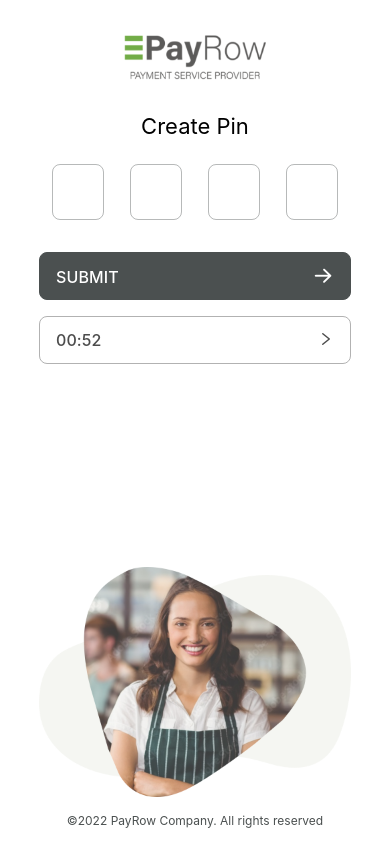
Repository: rishabh-critical-river/payrowios
Screen: /CreatePin
The author's editor kept a copy of each file at every save. The screen is drawn from the files as they stood at one save, then again after the next save.
The app was drawn by React Native's web renderer in a window 390 px wide. The project was rebuilt for these pictures with package versions that can differ from the ones it lists, and the page was loaded fresh each time. Also part of the build but not shown: screens/onboarding/CreateAccount.js, screens/home/HomeScreen.tsx, screens/home/HomeComponents/TapToPay.tsx, screens/home/HomeComponents/PaymentSummary.js, screens/home/HomeComponents/AddItem.js, screens/home/HomeComponents/TapCard.tsx, screens/home/HomeComponents/EnterPin.tsx, screens/home/HomeComponents/Confirmation.tsx and 37 more.

Above is the screen before, as saved 2023-07-28 22:33:08.

### App.tsx
import { NavigationContainer } from "@react-navigation/native";
import { createNativeStackNavigator } from "@react-navigation/native-stack";
import {
  StyleSheet,
  Text,
  View,
  SafeAreaView,
  Image,
  StatusBar,
} from "react-native";
import LanguageSelection from "./screens/onboarding/LanguageSelection";
import CreateAccount from "./screens/onboarding/CreateAccount";
import HomeScreen from "./screens/home/HomeScreen";
import TapToPay from "./screens/home/HomeComponents/TapToPay";
import AddItem from "./screens/home/HomeComponents/AddItem";
import TapCard from "./screens/home/HomeComponents/TapCard";
import EnterPin from "./screens/home/HomeComponents/EnterPin";
import Confirmation from "./screens/home/HomeComponents/Confirmation";
import NewPayment from "./screens/home/HomeComponents/NewPayment";
import Contact from "./screens/home/HomeComponents/contact";
import Refund from "./screens/home/HomeComponents/refund";
import OtpRefund from "./screens/home/HomeComponents/otpRefund";
import ProductSelection from "./screens/home/HomeComponents/productSelection";
import PaymentSummary from "./screens/home/HomeComponents/PaymentSummary";
import PaymentMode from "./screens/home/HomeComponents/paymentMode";
import PaymentHistory from "./screens/home/HomeComponents/PaymentHistory";
import HistoryMethods from "./screens/home/HomeComponents/historyMethods";
import DailyReport from "./screens/home/HomeComponents/DailyReport";
import MonthlyReport from "./screens/home/HomeComponents/MonthlyReport";
import AboutPayrow from "./screens/home/HomeComponents/AboutPayrow";
import CashReceivedMachine from "./screens/home/HomeComponents/CashReceivedMachine";
import InvoiceRecall from "./screens/home/HomeComponents/InvoiceRecall";
import PosAndRetail from "./screens/home/HomeComponents/PosAndRetail";
import SoftPos from "./screens/home/HomeComponents/SoftPos";
import PayByLink from "./screens/home/HomeComponents/PayByLink";
import PayByQrCode from "./screens/home/HomeComponents/PayByQrCode";

import PaymentGateWay from "./screens/home/HomeComponents/PaymentGateWay";
import Wps from "./screens/home/HomeComponents/Wps";
import Vat from "./screens/home/HomeComponents/Vat";
import Kvyc from "./screens/home/HomeComponents/Kvyc";
import BuyNowPayLater from "./screens/home/HomeComponents/BuyNowPayLater";
import Wallet from "./screens/home/HomeComponents/Wallet";
import PayRowPrepaids from "./screens/home/HomeComponents/PayRowPrepaid";
import Support from "./screens/home/HomeComponents/Support";
import NewComplain from "./screens/home/HomeComponents/NewComplain";
import RegisterComplain from "./screens/home/HomeComponents/RegisteredComplain";
import ContactUs from "./screens/home/HomeComponents/ContactUse";
import InvoiceRecalltwo from "./screens/home/HomeComponents/InvoiceRecalltwo";
import InvoiceRecallthree from "./screens/home/HomeComponents/InvoiceRecallthree";
import PaymentDetails from "./screens/home/HomeComponents/PaymentDetails";
import ConfirmationInvoice from "./screens/home/HomeComponents/ConfirmationInvoice";
import CashPay from "./screens/home/HomeComponents/CashPay";
import QRCode from "./screens/home/HomeComponents/QrCode";
import Login from "./screens/onboarding/login";
import CreatePin from "./screens/onboarding/Createpin";
import ReEnterPin from "./screens/onboarding/Reenterpin";
import EnterPins from "./screens/onboarding/Enterpin";
// import SoftPose from "./screens/home/HomeComponents/SoftPose";
const Stack = createNativeStackNavigator();

export default function App() {
  return (
    <SafeAreaView style={{ flex: 1, backgroundColor: "white" }}>
      <StatusBar barStyle="dark-content" />
      <NavigationContainer>
        <Stack.Navigator>
          <Stack.Screen
            name="selectLanaguage"
            component={LanguageSelection}
            options={{ headerShown: false }}
          />
          <Stack.Screen
            name="Login"
            component={Login}
            options={{ headerShown: false }}
          />
          <Stack.Screen
            name="CreatePin"
            component={CreatePin}
            options={{ headerShown: false }}
          />
          <Stack.Screen
            name="ReEnterPin"
            component={ReEnterPin}
            options={{ headerShown: false }}
          />
          <Stack.Screen
            name="EnterPin"
            component={EnterPin}
            options={{ headerShown: false }}
          />
          <Stack.Screen
            name="Create Account"
            component={CreateAccount}
            options={{ headerShown: false }}
          />
          <Stack.Screen
            name="HomeScreen"
            component={HomeScreen}
            options={{ headerShown: false }}
          />
          <Stack.Screen
            name="TapToPay"
            component={TapToPay}
            options={{ headerShown: false }}
          />
          <Stack.Screen
            name="AddItem"
            component={AddItem}
            options={{ headerShown: false }}
          />
          <Stack.Screen
            name="TapCard"
            component={TapCard}
            options={{ headerShown: false }}
          />
          <Stack.Screen
            name="EnterPins"
            component={EnterPins}
            options={{ headerShown: false }}
          />
          <Stack.Screen
            name="Confirmation"
            component={Confirmation}
            options={{ headerShown: false }}
          />
          <Stack.Screen
            name="NewPayment"
            component={NewPayment}
            options={{ headerShown: false }}
          />
          <Stack.Screen
            name="contact"
            component={Contact}
            options={{ headerShown: false }}
          />
          <Stack.Screen
            name="refund"
            component={Refund}
            options={{ headerShown: false }}
          />
          <Stack.Screen
            name="otpRefund"
            component={OtpRefund}
            options={{ headerShown: false }}
          />
          <Stack.Screen
            name="productSelection"
            component={ProductSelection}
            options={{ headerShown: false }}
          />
          <Stack.Screen
            name="paymentSummary"
            component={PaymentSummary}
            options={{ headerShown: false }}
          />
          <Stack.Screen
            name="paymentMode"
            component={PaymentMode}
            options={{ headerShown: false }}
          />
          <Stack.Screen
            name="paymentHistory"
            component={PaymentHistory}
            options={{ headerShown: false }}
          />
          <Stack.Screen
            name="historyMethods"
            component={HistoryMethods}
            options={{ headerShown: false }}
          />
          <Stack.Screen
            name="dailyReport"
            component={DailyReport}
            options={{ headerShown: false }}
          />
          <Stack.Screen
            name="monthlyReport"
            component={MonthlyReport}
            options={{ headerShown: false }}
          />
          <Stack.Screen
            name="aboutPayrow"
            component={AboutPayrow}
            options={{ headerShown: false }}
          />
          <Stack.Screen
            name="cashReceivedMachine"
            component={CashReceivedMachine}
            options={{ headerShown: false }}
          />
          <Stack.Screen
            name="invoiceRecall"
            component={InvoiceRecall}
            options={{ headerShown: false }}
          />
          <Stack.Screen
            name="posandretail"
            component={PosAndRetail}
            options={{ headerShown: false }}
          />
          <Stack.Screen
            name="softpos"
            component={SoftPos}
            options={{ headerShown: false }}
          />
          <Stack.Screen
            name="paybylink"
            component={PayByLink}
            options={{ headerShown: false }}
          />
          <Stack.Screen
            name="paybyqrcode"
            component={PayByLink}
            options={{ headerShown: false }}
          />
          <Stack.Screen
            name="paymentgateway"
            component={PaymentGateWay}
            options={{ headerShown: false }}
          />
          <Stack.Screen
            name="wps"
            component={Wps}
            options={{ headerShown: false }}
          />
          <Stack.Screen
            name="vat"
            component={Vat}
            options={{ headerShown: false }}
          />

          <Stack.Screen
            name="kvyc"
            component={Kvyc}
            options={{ headerShown: false }}
          />
          <Stack.Screen
            name="buynowpaylater"
            component={BuyNowPayLater}
            options={{ headerShown: false }}
          />
          <Stack.Screen
            name="registercomplain"
            component={RegisterComplain}
            options={{ headerShown: false }}
          />
          <Stack.Screen
            name="wallet"
            component={Wallet}
            options={{ headerShown: false }}
          />
          <Stack.Screen
            name="payrowprepaid"
            component={PayRowPrepaids}
            options={{ headerShown: false }}
          />
          <Stack.Screen
            name="paymentdetails"
            component={PaymentDetails}
            options={{ headerShown: false }}
          />
          <Stack.Screen
            name="support"
            component={Support}
            options={{ headerShown: false }}
          />
          {/* <Stack.Screen
            name="softpose"
            payrowprepaid
            component={SoftPose}
            options={{ headerShown: false }}

          /> */}
          <Stack.Screen
            name="newcomplain"
            component={NewComplain}
            options={{ headerShown: false }}
          />
          <Stack.Screen
            name="contactus"
            component={ContactUs}
            options={{ headerShown: false }}
          />
          <Stack.Screen
            name="Recallss"
            component={InvoiceRecalltwo}
            options={{ headerShown: false }}
          />
          <Stack.Screen
            name="InvoiceRecallthree"
            component={InvoiceRecallthree}
            options={{ headerShown: false }}
          />
          <Stack.Screen
            name="ConfirmationInvoice"
            component={ConfirmationInvoice}
            options={{ headerShown: false }}
          />
          <Stack.Screen
            name="cashPay"
            component={CashPay}
            options={{ headerShown: false }}
          />

          <Stack.Screen
            name="QrCode"
            component={PayByQrCode}
            options={{ headerShown: false }}
          />
          <Stack.Screen
            name="QrCodePay"
            component={QRCode}
            options={{ headerShown: false }}
          />
        </Stack.Navigator>
      </NavigationContainer>
    </SafeAreaView>
  );
}

### screens/onboarding/Createpin.js
import { AntDesign } from "@expo/vector-icons";
import React, { useRef } from "react";
import {
  StyleSheet,
  Text,
  View,
  SafeAreaView,
  Image,
  Button,
  TextInput,
  TouchableOpacity,
  Keyboard,
} from "react-native";

function CreatePin({ navigation }) {
  const et1 = useRef();
  const et2 = useRef();
  const et3 = useRef();
  const et4 = useRef();
  return (
    <>
      <View style={styles.container}>
        <Image
          source={require("../../src/Images/payrowLogo.png")}
          style={styles.logo}
        />
        <Text
          style={{
            marginTop: 30.47,
            fontSize: 22,
            fontWeight: "400",
            lineHeight: 28,
            alignSelf: "center",
          }}
        >
          Create Pin
        </Text>
        {/* <View
          style={{
            width: "100%",
            height: 20,
            marginTop: 6,

            alignSelf: "center",
          }}
        >
          <Text style={{ alignSelf: "center", color: "#666666" }}>
            SMS code sent to verify phone number
          </Text>
        </View> */}
        <View
          style={{
            flexDirection: "row",
            justifyContent: "space-between",
            marginLeft: 52,
            marginRight: 52,
            marginTop: 24,
          }}
        >
          <TextInput
            secureTextEntry={true}
            ref={et1}
            style={styles.box}
            keyboardType="number-pad"
            maxLength={1}
            onChangeText={(text) => {
              if (text.length >= 1) {
                et2.current.focus();
              }
            }}
          />
          <TextInput
            secureTextEntry={true}
            ref={et2}
            style={styles.box}
            keyboardType="number-pad"
            maxLength={1}
            onChangeText={(text) => {
              if (text.length >= 1) {
                et3.current.focus();
              } else if (text.length < 1) {
                et1.current.focus();
              }
            }}
          />
          <TextInput
            secureTextEntry={true}
            ref={et3}
            style={styles.box}
            keyboardType="number-pad"
            maxLength={1}
            onChangeText={(text) => {
              if (text.length >= 1) {
                et4.current.focus();
              } else if (text.length < 1) {
                et2.current.focus();
              }
            }}
          />
          <TextInput
            secureTextEntry={true}
            ref={et4}
            style={styles.box}
            keyboardType="number-pad"
            maxLength={1}
            onChangeText={(text) => {
              if (text.length < 1) {
                et3.current.focus();
              } else {
                Keyboard.dismiss();
              }
            }}
          />
        </View>
        <TouchableOpacity
          style={styles.goToSummaryButton}
          onPress={() => {
            navigation.navigate("ReEnterPin");
          }}
        >
          <View
            style={styles.buttonContent}
            onPress={() => {
              navigation.navigate("ReEnterPin");
            }}
          >
            <Text style={styles.buttonText}>SUBMIT</Text>
            <View style={styles.arrowIcon}>
              <AntDesign name="arrowright" size={22} color="white" />
            </View>
          </View>
        </TouchableOpacity>

        <TouchableOpacity
          style={styles.resendCode}
          onPress={() => {
            navigation.navigate("HomeScreen");
          }}
        >
          <View
            style={{
              borderWidth: 0.5,
              borderColor: "#B2B2B2",
              borderRadius: 8,
              backgroundColor: "#FFFFFF",

              height: 48,
              justifyContent: "center",
            }}
          >
            <View style={{ flexDirection: "row" }}>
              <Text
                style={{
                  fontSize: 16,
                  paddingLeft: 16,
                  fontWeight: "500",
                  lineHeight: 24,
                  justifyContent: "center",
                  color: "#4C4C4C",
                  letterSpacing: 0.1,
                  flex: 1,
                }}
              >
                00:52
              </Text>
              <View
                style={{
                  justifyContent: "center",
                  alignItems: "center",
                  marginRight: 16,
                }}
              >
                <View
                  style={{
                    flexDirection: "row",
                    alignItems: "center",
                  }}
                >
                  <AntDesign name="right" size={16} color="#4C4C4C" />
                </View>
              </View>
            </View>
          </View>
        </TouchableOpacity>

        {/* <Image
          source={require("../../src/Images/getStarted.png")}
          style={{
            width: 312,
            height: 230,
            alignSelf: "center",
            marginTop: 36,
          }}
        /> */}
      </View>
      <View style={{ backgroundColor: "white" }}>
        <Image
          source={require("../../src/Images/getStarted.png")}
          style={{
            width: 312,
            height: 230,
            alignSelf: "center",
            marginTop: 36,
            marginBottom: 16,
          }}
        />

        <Text
          style={{
            fontSize: 12,
            backgroundColor: "white",
            color: "#4B5050",
            textAlign: "center",
            paddingBottom: 16,
          }}
        >
          ©2022 PayRow Company. All rights reserved
        </Text>
      </View>
    </>
  );
}
const styles = StyleSheet.create({
  container: {
    flex: 1,
    backgroundColor: "white",
    display: "flex",
    flexDirection: "column",
  },
  logo: {
    width: 150,
    height: 48.53,
    alignSelf: "center",
    marginTop: 33,
  },
  rightPin: {
    flex: 1,
    justifyContent: "center",
    alignItems: "center",
    textAlign: "center",
  },
  leftPin: {
    justifyContent: "center",
    alignItems: "center",
    backgroundColor: "#D3D3D3",
    borderTopEndRadius: 10,
    borderBottomEndRadius: 10,
    paddingLeft: 10,
    paddingRight: 10,
  },
  horizontal: {
    flexDirection: "row",
    alignItems: "center",
    justifyContent: "center",
  },
  horizontalOr: {
    paddingLeft: 5,
    paddingRight: 5,
    marginTop: 18,
    marginBottom: 18,
  },
  horizontalLine: {
    borderBottomColor: "#D3D3D3",
    width: 105,
    borderBottomWidth: 1,
    marginTop: 10,
    marginBottom: 10,
    alignSelf: "center",
  },
  url: {
    alignSelf: "center",
    marginTop: 10,
    marginBottom: 10,
  },
  fingerprint: {
    width: 100,
    height: 100,
    alignSelf: "center",
    marginTop: 70,
    marginBottom: 10,
  },
  verticalLine: {
    borderBottomColor: "#D3D3D3",
    color: "black",
    width: 15,
    transform: [{ rotate: "90deg" }],
    borderBottomWidth: 1,
    marginTop: 10,
    marginBottom: 10,
    alignSelf: "center",
  },

  languageText: {
    fontSize: 16,
    justifyContent: "center",
    color: "##838c95",
    alignItems: "center",
  },
  languages: {
    flexDirection: "column",

    justifyContent: "space-between",
    alignItems: "center",
  },
  text: {
    fontSize: 15,
    textAlign: "center",
    marginTop: 20,
    marginBottom: 15,
  },
  box: {
    display: "flex",
    flexDirection: "row",
    textAlign: "center",
    borderWidth: 1,
    borderColor: "#4B505066",
    borderRadius: 8,

    width: 52,
    height: 56,
  },
  button: {
    marginLeft: 165,
    marginTop: 34,
    color: "black",
    padding: 10,
    fontSize: 20,
    height: 60,
    width: 60,
    cursor: "pointer",
    borderRadius: 70,
    justifyContent: "center",
    alignItems: "center",
  },
  button2: {
    marginLeft: 165,
    marginTop: 5,

    padding: 10,
    fontSize: 20,
    height: 60,
    width: 60,
    cursor: "pointer",
    borderRadius: 70,
    justifyContent: "center",
    alignItems: "center",
  },
  arrow: {
    display: "flex",
    position: "relative",
    borderWidth: 1,
    borderColor: "white",
    width: 40,
    height: 5,
    backgroundColor: "white",
  },
  arrowTriangle: {
    display: "flex",
    borderWidth: 1,
    position: "absolute",
    width: 20,
    height: 5,
    borderColor: "white",
    backgroundColor: "white",
    borderTopWidth: 1,
    borderRightWidth: 1,
    transform: [{ rotate: "45deg" }],
    right: 9,
    top: 19,
  },
  arrowTriangleRight: {
    display: "flex",
    borderWidth: 1,
    position: "absolute",
    width: 20,
    height: 5,
    borderColor: "white",
    backgroundColor: "white",
    borderTopWidth: 1,
    borderLeftWidth: 1,
    transform: [{ rotate: "-45deg" }],
    right: 9,
    top: 36,
  },
  goToSummaryButton: {
    alignSelf: "center",
    marginTop: 32,
    width: "80%",
  },
  resendCode: {
    alignSelf: "center",
    marginTop: 16,
    width: "80%",
  },
  buttonText: {
    fontSize: 16,
    paddingLeft: 16,
    paddingTop: 12,
    fontWeight: "500",
    lineHeight: 24,
    justifyContent: "center",
    color: "white",
    letterSpacing: 0.1,
    flex: 1,
  },
  arrowIcon: {
    justifyContent: "center",
    alignItems: "center",
    marginRight: 16,
  },

  buttonContent: {
    borderWidth: 0.6,
    borderColor: "#4B5050",
    backgroundColor: "#4B5050",
    borderRadius: 8,

    height: 48,
    width: "100%",
    justifyContent: "center",
    flexDirection: "row",
  },
});

export default CreatePin;

Loaded but not shown: screens/onboarding/LanguageSelection.tsx (287 lines, source omitted)

After the next save:
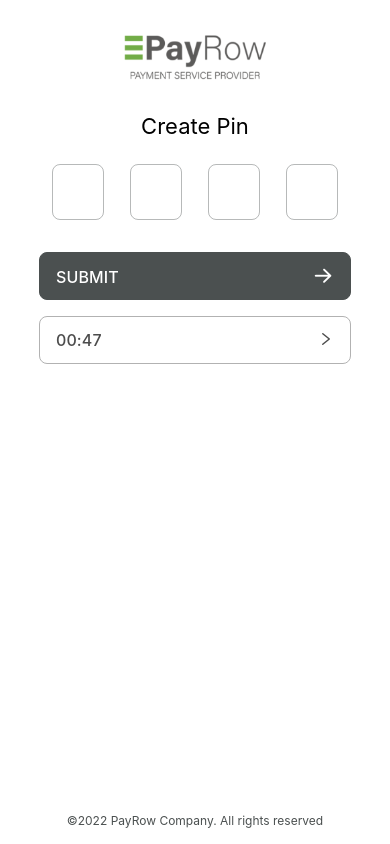
Saved 98 s later.
--- a/screens/onboarding/Createpin.js
+++ b/screens/onboarding/Createpin.js
@@ -1,5 +1,5 @@
 import { AntDesign } from "@expo/vector-icons";
-import React, { useRef } from "react";
+import React, { useState, useEffect, useRef } from "react";
 import {
   StyleSheet,
   Text,
@@ -13,10 +13,26 @@
 } from "react-native";
 
 function CreatePin({ navigation }) {
+  const [timer, setTimer] = useState(52); // Initial value of the timer in seconds
   const et1 = useRef();
   const et2 = useRef();
   const et3 = useRef();
   const et4 = useRef();
+
+  useEffect(() => {
+    const interval = setInterval(() => {
+      if (timer > 0) {
+        setTimer((prevTimer) => prevTimer - 1);
+      }
+    }, 1000);
+
+    return () => clearInterval(interval);
+  }, [timer]);
+
+  const formattedTimer = `${Math.floor(timer / 60)
+    .toString()
+    .padStart(2, "0")}:${(timer % 60).toString().padStart(2, "0")}`;
+
   return (
     <>
       <View style={styles.container}>
@@ -35,19 +51,6 @@
         >
           Create Pin
         </Text>
-        {/* <View
-          style={{
-            width: "100%",
-            height: 20,
-            marginTop: 6,
-
-            alignSelf: "center",
-          }}
-        >
-          <Text style={{ alignSelf: "center", color: "#666666" }}>
-            SMS code sent to verify phone number
-          </Text>
-        </View> */}
         <View
           style={{
             flexDirection: "row",
@@ -143,7 +146,6 @@
               borderColor: "#B2B2B2",
               borderRadius: 8,
               backgroundColor: "#FFFFFF",
-
               height: 48,
               justifyContent: "center",
             }}
@@ -161,7 +163,7 @@
                   flex: 1,
                 }}
               >
-                00:52
+                {formattedTimer}
               </Text>
               <View
                 style={{
@@ -183,28 +185,9 @@
           </View>
         </TouchableOpacity>
 
-        {/* <Image
-          source={require("../../src/Images/getStarted.png")}
-          style={{
-            width: 312,
-            height: 230,
-            alignSelf: "center",
-            marginTop: 36,
-          }}
-        /> */}
+
       </View>
       <View style={{ backgroundColor: "white" }}>
-        <Image
-          source={require("../../src/Images/getStarted.png")}
-          style={{
-            width: 312,
-            height: 230,
-            alignSelf: "center",
-            marginTop: 36,
-            marginBottom: 16,
-          }}
-        />
-
         <Text
           style={{
             fontSize: 12,
@@ -220,6 +203,7 @@
     </>
   );
 }
+
 const styles = StyleSheet.create({
   container: {
     flex: 1,
